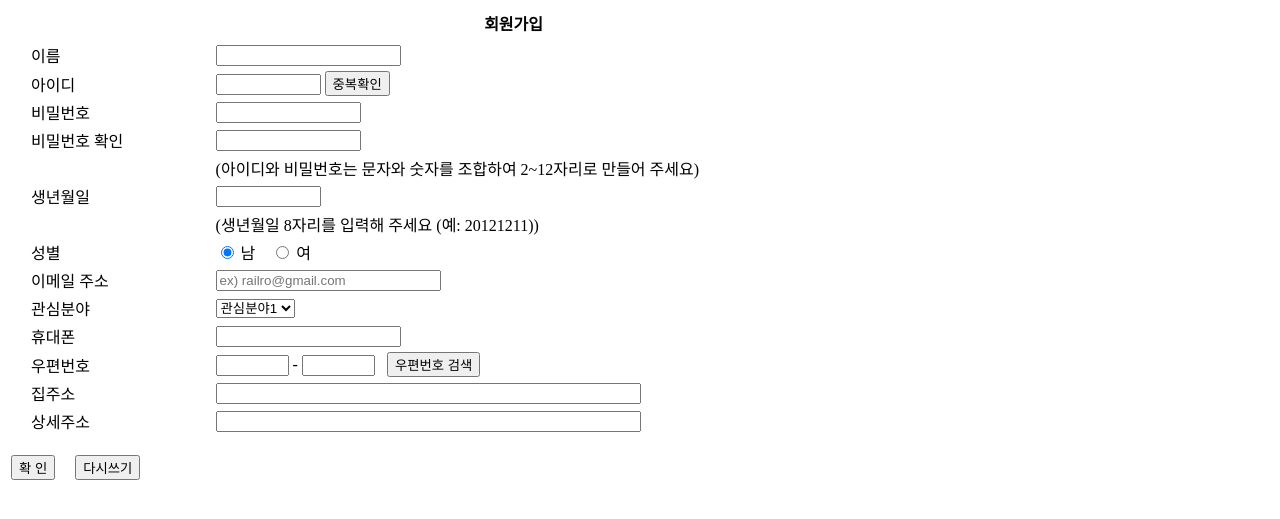
Repository: ekgus419/hckj
Page: http://localhost/Railro/WEB-INF/views/member/join.jsp
An editor plug-in stored every save of this project. The page is shown before and after the next save, followed by the edit.
The browser window is 1280 px wide. The pictures show the whole page.
The page is served by Tomcat 9. Nobody is signed in. Other server files are loaded and not shown. The template is opened directly, without the code that normally fills it, so the values that code supplies are empty.

Above is the page before, as saved 2016-09-02 05:30:58.

### Railro/src/main/webapp/WEB-INF/views/member/join.jsp
<%@ page language="java" pageEncoding="UTF-8" trimDirectiveWhitespaces="true"%>

<script src="${pageContext.request.contextPath}/js/join.js"></script>

<div class="content">
	<form name="joinForm" action="join.htm" method="post" onsubmit="return check()">
		<table class="join" width="80%">
			<tr>
				<th colspan="100%">
					<div class="join-title"><span>회원가입</span></div>
				</th>
			</tr>
			<tr>
				<td colspan=2>
			<tr>
				<td>
					&nbsp;&nbsp;&nbsp;&nbsp;
					이름
				</td>
				<td>
					&nbsp;&nbsp;&nbsp;
					<input type="text" name="NAME" size="20"/>
				</td>
			</tr>
			<tr>
				<td>
					&nbsp;&nbsp;&nbsp;&nbsp;
					아이디
				</td>
				<td>
					&nbsp;&nbsp;&nbsp;
					<input type="text" name="ID" size="10" maxlength=15/>
					<input type="button" name="confirm_id" value="중복확인"
						onclick="openConfirmId(this.form)" />
				</td>
			</tr>
			<tr>
				<td>
					&nbsp;&nbsp;&nbsp;&nbsp;
					비밀번호
				</td>
				<td>
					&nbsp;&nbsp;&nbsp;
					<input type="password" name="PWD" size="15"/>
				</td>
			</tr>
			<tr>
				<td>
					&nbsp;&nbsp;&nbsp;&nbsp;
					비밀번호 확인
				</td>
				<td>
					&nbsp;&nbsp;&nbsp;
					<input type="password" name="PWD_CK" size="15" />
				</td>
			</tr>
			<tr>
				<td>&nbsp;</td>
				<td>
				&nbsp;&nbsp;&nbsp;
				(아이디와 비밀번호는 문자와 숫자를 조합하여 2~12자리로 만들어 주세요)
				</td>
			</tr>
			<tr>
				<td>
					&nbsp;&nbsp;&nbsp;&nbsp;
					생년월일
				</td>
				<td>
					&nbsp;&nbsp;&nbsp;
					<input type="text" name="BIRTH" size="10" maxlength="8"/>
				</td>
			</tr>
			<tr>
				<td>&nbsp;</td>
				<td>
				&nbsp;&nbsp;&nbsp;
				(생년월일 8자리를 입력해 주세요 (예: 20121211))
				</td>
			</tr>
			<tr>
				<td>
					&nbsp;&nbsp;&nbsp;&nbsp;
					성별
				</td>
				<td>
					&nbsp;&nbsp;&nbsp;
					<input type="radio" name="GENDER" value="M" checked/>
					남
					&nbsp;&nbsp;
					<input type="radio" name="GENDER" value="W"/>
					여
				</td>
			</tr>
			<tr>
				<td>
					&nbsp;&nbsp;&nbsp;&nbsp;
					이메일 주소
				</td>
				<td>
					&nbsp;&nbsp;&nbsp;
					<input type="text" name="EMAIL" size="25" placeholder="ex) railro@gmail.com"/>
				</td>
			</tr>
			<tr>
				<td>
					&nbsp;&nbsp;&nbsp;&nbsp;
					관심분야
				</td>
				<td>
					&nbsp;&nbsp;&nbsp;
					<select name="INTEREST">
						<option>관심분야1</option>
						<option>관심분야2</option>
						<option>관심분야3</option>
						<option>관심분야4</option>
						<option>관심분야5</option>
						<option>관심분야6</option>
					</select>
				</td>
			</tr>
			<tr>
				<td>
					&nbsp;&nbsp;&nbsp;&nbsp;
					휴대폰
				</td>
				<td>
					&nbsp;&nbsp;&nbsp;
					<input type="text" name="PHONE" size="20" />
				</td>
			</tr>
			<tr>
				<td>
					&nbsp;&nbsp;&nbsp;&nbsp;
					우편번호
				</td>
				<td>
					&nbsp;&nbsp;&nbsp;
					<input type="text" name="ZIPCODE1" size="6"
						onkeypress="gNumCheck()" maxlength="3"/>
					-
					<input type="text" name="ZIPCODE2" size="6"
						onkeypress="gNumCheck()" maxlength="3" />&nbsp;&nbsp;
					<input type="button" name="zipcode" value="우편번호 검색"
						onclick="openZipcode(this.form)" />
				</td>
			</tr>
			<tr>
				<td>
					&nbsp;&nbsp;&nbsp;&nbsp;
					집주소
				</td>
				<td>
					&nbsp;&nbsp;&nbsp;
					<input type="text" name="ADDRESS" size="50" />
				</td>
			</tr>
			<tr>
				<td>
					&nbsp;&nbsp;&nbsp;&nbsp;
					상세주소
				</td>
				<td>
					&nbsp;&nbsp;&nbsp;
					<input type="text" name="ADDRESS_DETAIL" size="50" />
				</td>
			</tr>
			<tr>
				<td class="btn" colspan="100%">
					<br />
					<input type="submit" value="확 인" />
					&nbsp;&nbsp;&nbsp;
					<input type="reset" value="다시쓰기" />
				</td>
			</tr>
		</table>
	</form>
</div>

### Railro/src/main/webapp/js/join.js
function check(joinform){

	var id = joinform.ID.value;
	var name = joinform.NAME.value;
	var pwd = joinform.PWD.value;
	var pwd_ck = joinform.PWD_CK.value;
	var email = joinform.EMAIL.value;
	var birth = joinform.BIRTH.value;
	var gender = joinform.GENDER.value;
	var interest = joinform.INTEREST.value;
	var phone = joinform.PHONE.value;
	var zipcode = joinform.ZIPCODE.value;
	var address = joinform.ADDRESS_DETAIL.value;

	if (name == ""||name.length <= 1){
		alert("이름을 제대로 입력해 주세요.");
		joinform.NAME.focus();
        return false;
	}
	if(id == "" || id.length == 0){
		alert("아이디를 입력하세요.");
		joinform.ID.focus();
		return false;
	}
	if(pwd == "" || pwd.length == 0){
		alert("비밀번호를 입력하세요.");
		joinform.PWD.focus();
		return false;
	}
	if(pwd != pwd_ck){
		alert("비밀번호가 일치하지 않습니다.");
		joinform.PWD.value="";
		joinform.PWD_CK.value="";
		joinform.PWD.focus();
		return false;
	}
	if(birth.length < 8){
		alert("생년월일을 제대로 입력하세요.");
      	joinform.BIRTH.focus();
        return false;
 	}
	if(email.length == 0){
		alert("이메일을 제대로 입력하세요.");
		joinform.EMAIL.focus();
		return false;
	}
	if(phone.length == 0){
		alert("휴대폰 번호를 입력하세요.");
		joinform.PHONE.focus();
		return false;
	}
	if((zipcode == "")||(zipcode.length < 6)){
		alert("우편번호를 제대로 입력해 주세요.");
      	joinform.ZIPCODE.focus();
        return false;
 	}
	if(address.length == 0){
		alert("상세 주소를 입력하세요.");
		joinform.ADDRESS_DETAIL.focus();
		return false;
	}
	alert("회원가입 성공~~~~~~~~~~")
	return true;
}

function openConfirmId(joinform){
	var id = joinform.ID.value;
	var url="idCheck.htm";

	if(id.length == 0){
		alert("아이디를 입력하세요.");
		joinform.ID.focus();
		return false;
	}
	open(url, "confirm", "toolbar=no,location=no,status=no,menubar=no,"+
						 "scrollbars=no,resizable=no,width=400,height=200");
}

function openZipcode(joinform){
	var url="../newWindow/zipcode.htm"
	open(url, "confirm", "toolbar=no,location=no,"
						+"status=no,menubar=no,"
						+"scrollbars=yes,resizable=no,"
						+"width=410,height=400");
}

function gNumCheck(){
	if(event.keyCode >=48 && event.keyCode <=57) {
		return true;
	}else{
		event.returnValue=false;
	}
}

After the next save:
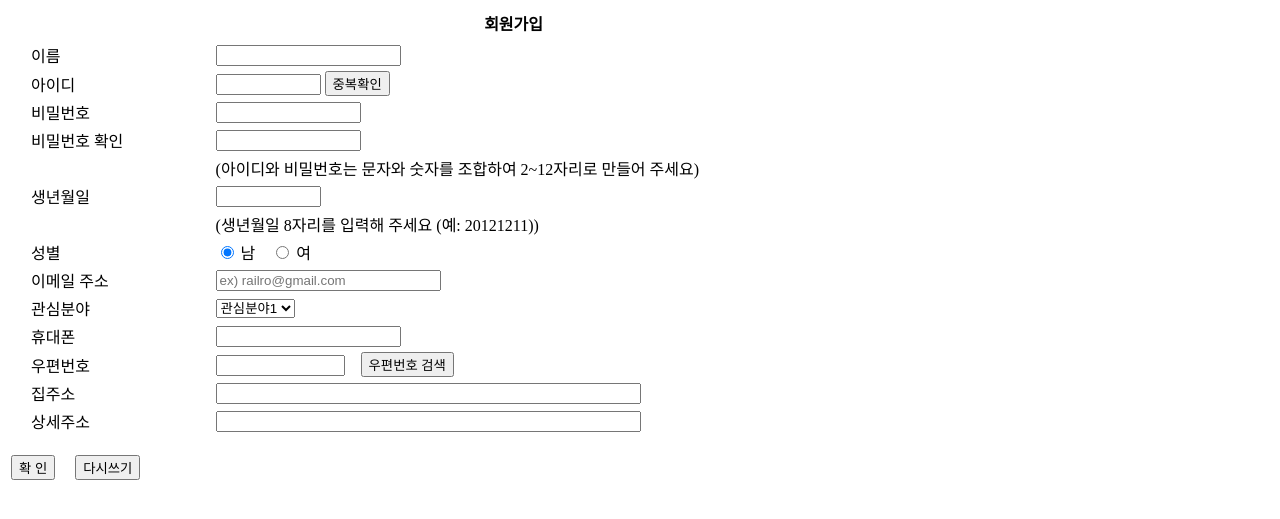
Saved 54 s later.
--- a/Railro/src/main/webapp/WEB-INF/views/member/join.jsp
+++ b/Railro/src/main/webapp/WEB-INF/views/member/join.jsp
@@ -136,11 +136,9 @@
 				</td>
 				<td>
 					&nbsp;&nbsp;&nbsp;
-					<input type="text" name="ZIPCODE1" size="6"
+					<input type="text" name="ZIPCODE" size="13"
 						onkeypress="gNumCheck()" maxlength="3"/>
-					-
-					<input type="text" name="ZIPCODE2" size="6"
-						onkeypress="gNumCheck()" maxlength="3" />&nbsp;&nbsp;
+					&nbsp;&nbsp;
 					<input type="button" name="zipcode" value="우편번호 검색"
 						onclick="openZipcode(this.form)" />
 				</td>
